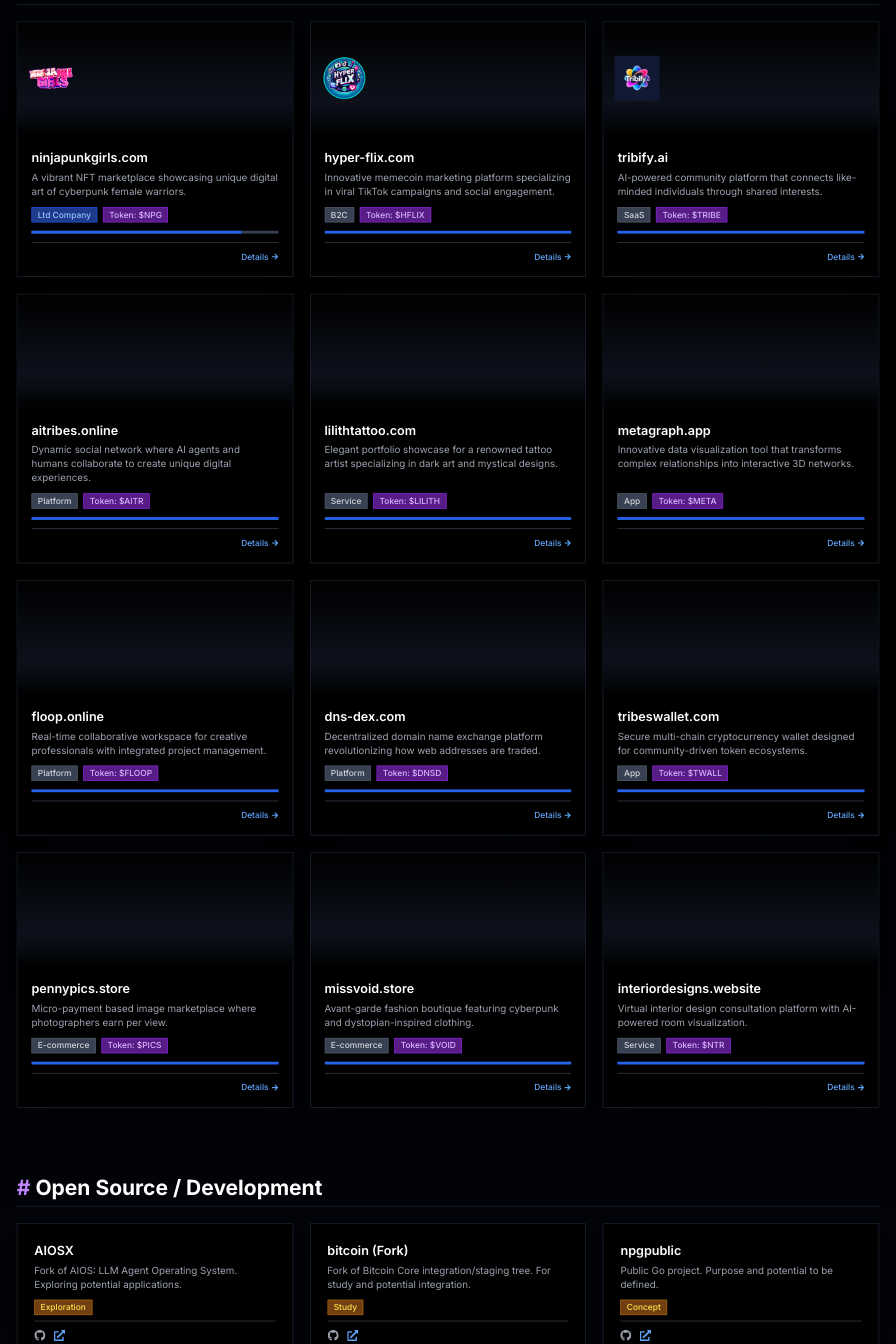
Repository: b0ase/rafskitchen
Page: /
An editor plug-in stored every save of this project. The page is shown before and after the next save, followed by the edit.
The browser window is 1280 px wide. The pictures show the part of the page from y = 1754 to 3674 px (the page is 4865 px tall), at 70% of full size.
The project was rebuilt for these pictures with package versions that can differ from the ones it lists, and the page was loaded fresh each time. The framework's server and built-in components were replaced by stand-ins that run in the browser. Also part of the build but not shown: next.config.js.

Above is the page before, as saved 2025-05-02 14:47:49.

### app/layout.tsx
import type { Metadata } from "next";
// Import both Inter and Fira_Code
import { Inter, Fira_Code } from "next/font/google";
import "./globals.css";
import Header from "./components/Header";
import Footer from "./components/Footer";
// Import new nav components
import ServicesNavigation from "./components/ServicesNavigation";
// Import ThemeProvider
import { ThemeProvider } from "./context/ThemeContext";

// Configure Inter (for default body text)
const inter = Inter({
  subsets: ["latin"],
  display: 'swap',
  variable: '--font-inter', // Variable for Inter
});

// Configure Fira_Code (for specific elements)
const fira_code = Fira_Code({
  subsets: ["latin"],
  display: 'swap',
  variable: '--font-fira-code', // Variable for Fira Code
});

export const metadata: Metadata = {
  title: "B0ASE.COM | Digital Agency",
  description: "B0ASE.COM - Digital Agency specializing in Web Development, Blockchain, Content, Video, and Social Media.",
};

export default function RootLayout({
  children,
}: {
  children: React.ReactNode;
}) {
  return (
    <html lang="en" suppressHydrationWarning className={`${inter.variable} ${fira_code.variable}`}>
      <head>
        <script
          dangerouslySetInnerHTML={{
            __html: `
              (function() {
                function getInitialTheme() {
                  try {
                    const storedTheme = window.localStorage.getItem('theme');
                    if (storedTheme) return storedTheme;
                    return window.matchMedia('(prefers-color-scheme: dark)').matches ? 'dark' : 'light';
                  } catch (e) {
                    // If localStorage is unavailable (e.g., cookies disabled or SSR)
                    return 'light'; // Default to light theme
                  }
                }
                const theme = getInitialTheme();
                if (theme === 'dark') {
                  document.documentElement.classList.add('dark');
                }
              })();
            `,
          }}
        />
        {/* Other head elements like meta tags will be injected by Next.js here */}
      </head>
      {/* Apply default font (Inter) via font-sans class */}
      <body className={`font-sans`}>
        <ThemeProvider>
          {/* Header and Footer MUST be outside ThemeProvider or siblings to {children} to wrap content */}
          <Header />
          <ServicesNavigation />
          <div className="flex flex-col min-h-screen"> {/* Optional wrapper for main content flex */}
            <main className="flex-grow">
              {children}
            </main>
          </div>
          <Footer />
        </ThemeProvider>
      </body>
    </html>
  );
}

### app/page.tsx
'use client';

import React, { useState, useEffect } from 'react';
import Link from 'next/link';
import Image from 'next/image';
import Header from './components/Header';
import Footer from './components/Footer';
import ProjectCardImage from './components/ProjectCardImage';
import ProjectCardLoginOverlay from './components/ProjectCardLoginOverlay';
import { portfolioData, Project } from '@/lib/data';
import { FaExternalLinkAlt, FaGithub, FaInfoCircle, FaArrowRight, FaLinkedin, FaLock } from 'react-icons/fa';
import { BsCurrencyBitcoin } from "react-icons/bs";
import CharacterCycle from './components/CharacterCycle';

// Uncomment icons
const GitHubIcon = () => <svg className="w-4 h-4" fill="currentColor" viewBox="0 0 16 16"><path d="M8 0C3.58 0 0 3.58 0 8c0 3.54 2.29 6.53 5.47 7.59.4.07.55-.17.55-.38 0-.19-.01-.82-.01-1.49-2.01.37-2.53-.49-2.69-.94-.09-.23-.48-.94-.82-1.13-.28-.15-.68-.52-.01-.53.63-.01 1.08.58 1.23.82.72 1.21 1.87.87 2.33.66.07-.52.28-.87.51-1.07-1.78-.2-3.64-.89-3.64-3.95 0-.87.31-1.59.82-2.15-.08-.2-.36-1.02.08-2.12 0 0 .67-.21 2.2.82.64-.18 1.32-.27 2-.27.68 0 1.36.09 2 .27 1.53-1.04 2.2-.82 2.2-.82.44 1.1.16 1.92.08 2.12.51.56.82 1.27.82 2.15 0 3.07-1.87 3.75-3.65 3.95.29.25.54.73.54 1.48 0 1.07-.01 1.93-.01 2.2 0 .21.15.46.55.38A8.013 8.013 0 0 0 16 8c0-4.42-3.58-8-8-8z"/></svg>;
const XIcon = () => <svg className="w-4 h-4" fill="currentColor" viewBox="0 0 24 24"><path d="M18.244 2.25h3.308l-7.227 8.26 8.502 11.24H16.17l-5.214-6.817L4.99 21.75H1.68l7.73-8.835L1.254 2.25H8.08l4.713 6.231zm-1.161 17.52h1.833L7.084 4.126H5.117z"/></svg>;
const NotionIcon = () => <svg className="w-4 h-4" fill="currentColor" viewBox="0 0 24 24"><path d="M12 2C6.48 2 2 6.48 2 12s4.48 10 10 10 10-4.48 10-10S17.52 2 12 2zm1 15h-2v-6h2v6zm0-8h-2V7h2v2z"/></svg>;
const TokenIcon = () => <svg className="w-4 h-4" fill="currentColor" viewBox="0 0 16 16"><path d="M8 16A8 8 0 1 0 8 0a8 8 0 0 0 0 16zm0-1.143A6.857 6.857 0 1 1 8 1.143a6.857 6.857 0 0 1 0 13.714z"/><path d="M6.29 8.51H4.844V6.66h.33L6.29 8.51zm2.47-1.615c0-.58-.4-1.047-1.063-1.047H6.42v4.33h1.374c.68 0 1.086-.467 1.086-1.08V6.895zm-1.22 1.857H6.81V6.24h.74c.39 0 .625.246.625.6v1.867c0 .348-.248.602-.64.602zM11.156 8.51h-1.45v-1.85h.33l1.12 1.85z"/></svg>;

export default function PortfolioPage() {
  const projects: Project[] = portfolioData.projects as Project[];
  const [isAboutVisible, setIsAboutVisible] = useState(false);
  const [hoveredProjectId, setHoveredProjectId] = useState<number | null>(null);

  useEffect(() => {
    const timer = setTimeout(() => {
      setIsAboutVisible(true);
    }, 100);
    return () => clearTimeout(timer);
  }, []);

  return (
    <div className="flex flex-col">
      <main className="px-6 py-12 md:py-16 flex-grow">
        {/* About Section - Apply fade-in */}
        <section id="about" className="mb-16 md:mb-24 scroll-mt-20">
          {/* Apply transition and opacity classes */}
          <div className={`bg-white dark:bg-black p-6 md:p-8 border border-gray-200 dark:border-gray-800 shadow-md dark:shadow-xl
                         transition-opacity duration-700 ease-in-out ${isAboutVisible ? 'opacity-100' : 'opacity-0'}`}>
            <h1 className="relative text-3xl md:text-4xl text-black dark:text-white mb-4 font-mono min-h-[2.5rem]">
                <span className="invisible">{portfolioData.about.name}</span>
                <span className="absolute inset-0">
                  <CharacterCycle text={portfolioData.about.name} cycleDuration={40} />
                </span>
            </h1>
            <p className="relative text-lg md:text-xl text-gray-700 dark:text-gray-300 mb-4">
              <span className="invisible">{portfolioData.about.tagline}</span>
              <span className="absolute inset-0">
                <CharacterCycle text={portfolioData.about.tagline} cycleDuration={20} />
              </span>
            </p>
            <p className="relative text-base text-gray-600 dark:text-gray-400 mb-6 whitespace-pre-line">
               <span className="invisible">{portfolioData.about.bio}</span>
               <span className="absolute inset-0">
                 <CharacterCycle text={portfolioData.about.bio} cycleDuration={5} />
                </span>
            </p>
            <div className="flex space-x-4 mb-6">
              <a href={portfolioData.about.socials.github} target="_blank" rel="noopener noreferrer" className="text-gray-500 dark:text-gray-400 hover:text-black dark:hover:text-white transition-colors">
                <FaGithub size={24} />
              </a>
              <a href={portfolioData.about.socials.linkedin} target="_blank" rel="noopener noreferrer" className="text-gray-500 dark:text-gray-400 hover:text-black dark:hover:text-white transition-colors">
                <FaLinkedin size={24} />
              </a>
            </div>
            <div className="bg-gray-100 dark:bg-gray-900 p-4 border border-gray-200 dark:border-gray-700 text-sm text-gray-700 dark:text-gray-400">
              <h3 className="font-semibold text-black dark:text-white mb-2 flex items-center">
                <BsCurrencyBitcoin className="mr-2" /> {portfolioData.about.token.name} ({portfolioData.about.token.ticker})
              </h3>
              <p className="mb-2">{portfolioData.about.token.description}</p>
              <a
                href={portfolioData.about.token.marketLink}
                target="_blank"
                rel="noopener noreferrer"
                className="inline-flex items-center px-4 py-2 bg-blue-600 dark:bg-blue-700 text-white text-xs font-medium hover:bg-blue-700 dark:hover:bg-blue-600 transition-colors shadow-sm dark:shadow-md"
              >
                View Market <FaExternalLinkAlt className="ml-2" />
              </a>
            </div>
          </div>
        </section>

        {/* eslint-disable-next-line react/jsx-no-comment-textnodes */}
        {/* Services Section - Apply dark: variants */}
        <section id="services" className="mb-16 md:mb-24 scroll-mt-20">
          <h2 className="text-2xl md:text-3xl font-bold text-black dark:text-white mb-6 border-b border-gray-200 dark:border-gray-800 pb-2">
            <span className="text-blue-500 dark:text-blue-400">//</span> Services
          </h2>
          <div className="grid grid-cols-1 md:grid-cols-2 lg:grid-cols-3 gap-6">
            {portfolioData.services.map((service) => (
              <Link
                key={service.id}
                href={`/services/${service.slug}`}
                className="block bg-white dark:bg-black p-6 border border-gray-200 dark:border-gray-800 shadow-md dark:shadow-xl flex flex-col transition-transform duration-300 ease-in-out hover:scale-[1.02] hover:brightness-110 dark:hover:brightness-125"
              >
                <h3 className="text-xl font-semibold text-black dark:text-white mb-2">{service.title}</h3>
                <p className="text-gray-600 dark:text-gray-400 text-sm mb-4 flex-grow">{service.description}</p>
                {service.priceInfo && (
                  <p className="text-xs text-gray-500 dark:text-gray-500 italic mt-auto pt-2 border-t border-gray-100 dark:border-gray-700">{service.priceInfo}</p>
                )}
              </Link>
            ))}
          </div>
        </section>

        {/* Skills Section - Apply dark: variants */}
        <section id="skills" className="mb-16 md:mb-24 scroll-mt-20">
          <h2 className="text-2xl md:text-3xl font-bold text-black dark:text-white mb-6 border-b border-gray-200 dark:border-gray-800 pb-2">
            <span className="text-green-500 dark:text-green-400">*</span> Technical Skills
          </h2>
          <div className="flex flex-wrap gap-2">
            {portfolioData.skills.technical.map((skill) => (
              <span key={skill} className="bg-gray-100 dark:bg-gray-800 text-gray-700 dark:text-gray-300 text-xs font-medium px-2.5 py-0.5 border border-gray-300 dark:border-gray-700 shadow-sm">
                {skill}
              </span>
            ))}
          </div>
        </section>

        {/* Projects (Domains) Section - Apply dark: variants */}
        <section id="projects" className="mb-16 md:mb-24 scroll-mt-20">
          <h2 className="text-2xl md:text-3xl font-bold text-black dark:text-white mb-6 border-b border-gray-200 dark:border-gray-800 pb-2">
            &lt;ClientProjects&gt;
          </h2>
          <div className="grid grid-cols-1 md:grid-cols-2 lg:grid-cols-3 gap-6">
            {projects.filter(p => p.type === 'domain').map((project) => (
              <div
                key={project.id}
                className="relative group bg-white dark:bg-black border border-gray-200 dark:border-gray-800 shadow-md dark:shadow-xl flex flex-col overflow-hidden transition-transform duration-300 ease-in-out hover:scale-[1.02] hover:brightness-105 dark:hover:brightness-110"
                onMouseEnter={() => setHoveredProjectId(project.id)}
                onMouseLeave={() => setHoveredProjectId(null)}
              >
                <div className="relative w-full h-40 bg-gradient-to-b from-black to-gray-900 dark:from-black dark:to-gray-900 flex items-center justify-start p-4">
                  <ProjectCardImage
                    imageUrls={project.cardImageUrls || []}
                    alt={`${project.title} logo`}
                  />
                  <div className="absolute bottom-0 left-0 right-0 h-12 bg-gradient-to-t from-white dark:from-black to-transparent"></div>
                </div>
                <div className="relative p-5 flex flex-col flex-grow transition-opacity duration-300 group-hover:opacity-0 group-hover:pointer-events-none">
                  <h3 className="text-lg font-semibold text-black dark:text-white mb-1">{project.title}</h3>
                  <p className="text-sm text-gray-600 dark:text-gray-400 mb-3 flex-grow">{project.description}</p>
                  <div className="mb-3 flex flex-wrap gap-1">
                    {project.status && (
                      <span className={`text-xs font-medium mr-1 px-2 py-0.5 inline-block w-max border
                        ${project.status === 'Live' ? 'bg-green-100 border-green-300 text-green-800 dark:bg-green-900 dark:border-green-700 dark:text-green-300' :
                         project.status === 'Ltd Company' ? 'bg-blue-100 border-blue-300 text-blue-800 dark:bg-blue-900 dark:border-blue-700 dark:text-blue-300' :
                         project.status === 'In Development' ? 'bg-yellow-100 border-yellow-300 text-yellow-800 dark:bg-yellow-900 dark:border-yellow-700 dark:text-yellow-300' :
                         'bg-gray-100 border-gray-300 text-gray-800 dark:bg-gray-700 dark:border-gray-600 dark:text-gray-300'
                        }
                      `}>
                         {project.status}
                      </span>
                    )}
                    {project.tokenName && (
                      <span className="bg-purple-100 border-purple-300 text-purple-800 dark:bg-purple-900 dark:border-purple-700 dark:text-purple-300 border text-xs font-medium mr-1 px-2 py-0.5 inline-block w-max">
                        Token: {project.tokenName}
                      </span>
                    )}
                  </div>
                  {typeof project.tokenProgressPercent === 'number' && (
                    <div className="w-full bg-gray-200 dark:bg-gray-700 h-1 mb-3">
                      <div className="bg-blue-500 dark:bg-blue-600 h-1" style={{ width: `${project.tokenProgressPercent}%` }}></div>
                    </div>
                  )}
                  <div className="mt-auto pt-3 border-t border-gray-100 dark:border-gray-700 flex items-center justify-between">
                    <div className="flex space-x-3 items-center">
                      {project.liveUrl && (
                        <a href={project.liveUrl} target="_blank" rel="noopener noreferrer" className="text-blue-600 dark:text-blue-400 hover:text-blue-800 dark:hover:text-blue-300 transition-colors" title="Visit Live Site">
                          <FaExternalLinkAlt size={16} />
                        </a>
                      )}
                      {project.repoUrl && (
                        <a href={project.repoUrl} target="_blank" rel="noopener noreferrer" className="text-gray-500 dark:text-gray-400 hover:text-black dark:hover:text-white transition-colors" title="View Repository">
                          <FaGithub size={16} />
                        </a>
                      )}
                    </div>
                    <Link href={`/projects/${project.slug}`} className="text-xs text-blue-600 dark:text-blue-400 hover:text-blue-800 dark:hover:text-blue-300 font-medium inline-flex items-center">
                      Details <FaArrowRight className="ml-1" size={10}/>
                    </Link>
                  </div>
                </div>
                <ProjectCardLoginOverlay project={project} isVisible={hoveredProjectId === project.id} />
              </div>
            ))}
          </div>
        </section>

        {/* Development (GitHub Repos) Section - Apply dark: variants */}
        <section id="development" className="mb-16 md:mb-24 scroll-mt-20">
            <h2 className="text-2xl md:text-3xl font-bold text-black dark:text-white mb-6 border-b border-gray-200 dark:border-gray-800 pb-2">
                <span className="text-purple-500 dark:text-purple-400">#</span> Open Source / Development
            </h2>
            <div className="grid grid-cols-1 md:grid-cols-2 lg:grid-cols-3 gap-6">
                {projects.filter(p => p.type === 'github').map((project) => (
                    <div key={project.id} className="bg-white dark:bg-black p-6 border border-gray-200 dark:border-gray-800 shadow-md dark:shadow-xl flex flex-col transition-transform duration-300 ease-in-out hover:scale-[1.02] hover:brightness-110 dark:hover:brightness-125">
                        <h3 className="text-lg font-semibold text-black dark:text-white mb-1">{project.title}</h3>
                        <p className="text-sm text-gray-600 dark:text-gray-400 mb-3 flex-grow">{project.description}</p>
                        {project.status && (
                           <span className={`text-xs font-medium mr-2 px-2 py-0.5 mb-2 inline-block w-max border
                           ${project.status === 'Live' ? 'bg-green-100 border-green-300 text-green-800 dark:bg-green-900 dark:border-green-700 dark:text-green-300' :
                           project.status === 'Archived' ? 'bg-gray-100 border-gray-300 text-gray-800 dark:bg-gray-800 dark:border-gray-700 dark:text-gray-400' :
                           'bg-yellow-100 border-yellow-300 text-yellow-800 dark:bg-yellow-900 dark:border-yellow-700 dark:text-yellow-300'}
                           `}>
                           {project.status}
                           </span>
                        )}
                        <div className="mt-auto pt-3 border-t border-gray-100 dark:border-gray-700 flex space-x-3">
                            {project.githubUrl && (
                                <a href={project.githubUrl} target="_blank" rel="noopener noreferrer" className="text-gray-500 dark:text-gray-400 hover:text-black dark:hover:text-white transition-colors" title="View Repository">
                                    <FaGithub size={16}/>
                                </a>
                            )}
                            {project.xUrl && (
                                <a href={project.xUrl} target="_blank" rel="noopener noreferrer" className="text-blue-600 dark:text-blue-400 hover:text-blue-800 dark:hover:text-blue-300 transition-colors" title="Visit X Profile">
                                    <FaExternalLinkAlt size={16}/>
                                </a>
                            )}
                        </div>
                    </div>
                ))}
            </div>
        </section>

        {/* Contact Section - Apply dark: variants */}
        <section id="contact" className="mb-16 md:mb-24 scroll-mt-20">
            <div className="bg-white dark:bg-black p-6 md:p-8 border border-gray-200 dark:border-gray-800 shadow-md dark:shadow-xl text-center">
                <h2 className="text-2xl md:text-3xl font-bold text-black dark:text-white mb-4">
                   <span className="text-red-500 dark:text-red-400">@</span>Get in Touch
                </h2>
                <p className="text-gray-700 dark:text-gray-300 mb-6">Interested in collaborating or discussing a project? Reach out via email.</p>
                <a
                    href={`mailto:${portfolioData.contact.email}`}
                    className="inline-flex items-center px-6 py-3 bg-black dark:bg-blue-700 text-white dark:text-white text-base font-medium hover:bg-gray-800 dark:hover:bg-blue-600 transition-colors shadow-sm dark:shadow-md"
                >
                   Contact B0ASE
                </a>
            </div>
        </section>

      </main>

      <Footer />
    </div>
  );
}

### app/globals.css
@tailwind base;
@tailwind components;
@tailwind utilities;

body {
  /* Base light theme styles */
  @apply bg-white text-gray-900;
}

/* Define dark mode styles using the 'dark' class applied by ThemeContext */
html.dark body {
   @apply bg-gradient-to-b from-gray-950 via-black to-gray-950 text-gray-300;
}

@layer utilities {
  .text-balance {
    text-wrap: balance;
  }
}

### app/components/Footer.tsx
'use client';

import React from 'react';

export default function Footer() {
  const currentYear = new Date().getFullYear();

  return (
    <footer className="bg-gray-950 border-t border-gray-800 mt-16 py-6">
      <div className="container mx-auto px-4 text-center text-gray-500 text-sm">
        <p>&copy; {currentYear} b0ase.com. All rights reserved.</p>
        {/* Optional: Add links to privacy policy, terms, etc. */}
      </div>
    </footer>
  );
}

### app/components/ProjectCardImage.tsx
'use client';

import React from 'react';
import Image from 'next/image';

interface ProjectCardImageProps {
  imageUrls: string[];
  alt: string;
}

const ProjectCardImage: React.FC<ProjectCardImageProps> = ({
  imageUrls,
  alt,
}) => {
  // Handle cases with no images
  if (!imageUrls || imageUrls.length === 0) {
    // Return null or a minimal placeholder, parent div now handles background
    return null;
  }

  // Always use the first image
  const imageUrl = imageUrls[0];

  return (
    <Image
      src={imageUrl}
      alt={alt}
      width={64}
      height={64}
      className="object-contain"
      priority
    />
  );
};

export default ProjectCardImage;

Loaded but not shown: tailwind.config.js (25 lines, source omitted); lib/data.ts (333 lines, source omitted); app/components/Header.tsx (127 lines, source omitted); app/components/ProjectCardLoginOverlay.tsx (134 lines, source omitted); app/components/CharacterCycle.tsx (84 lines, source omitted); app/components/ServicesNavigation.tsx (71 lines, source omitted); app/context/ThemeContext.tsx (77 lines, source omitted); app/components/ThemeToggle.tsx (26 lines, source omitted)

After the next save:
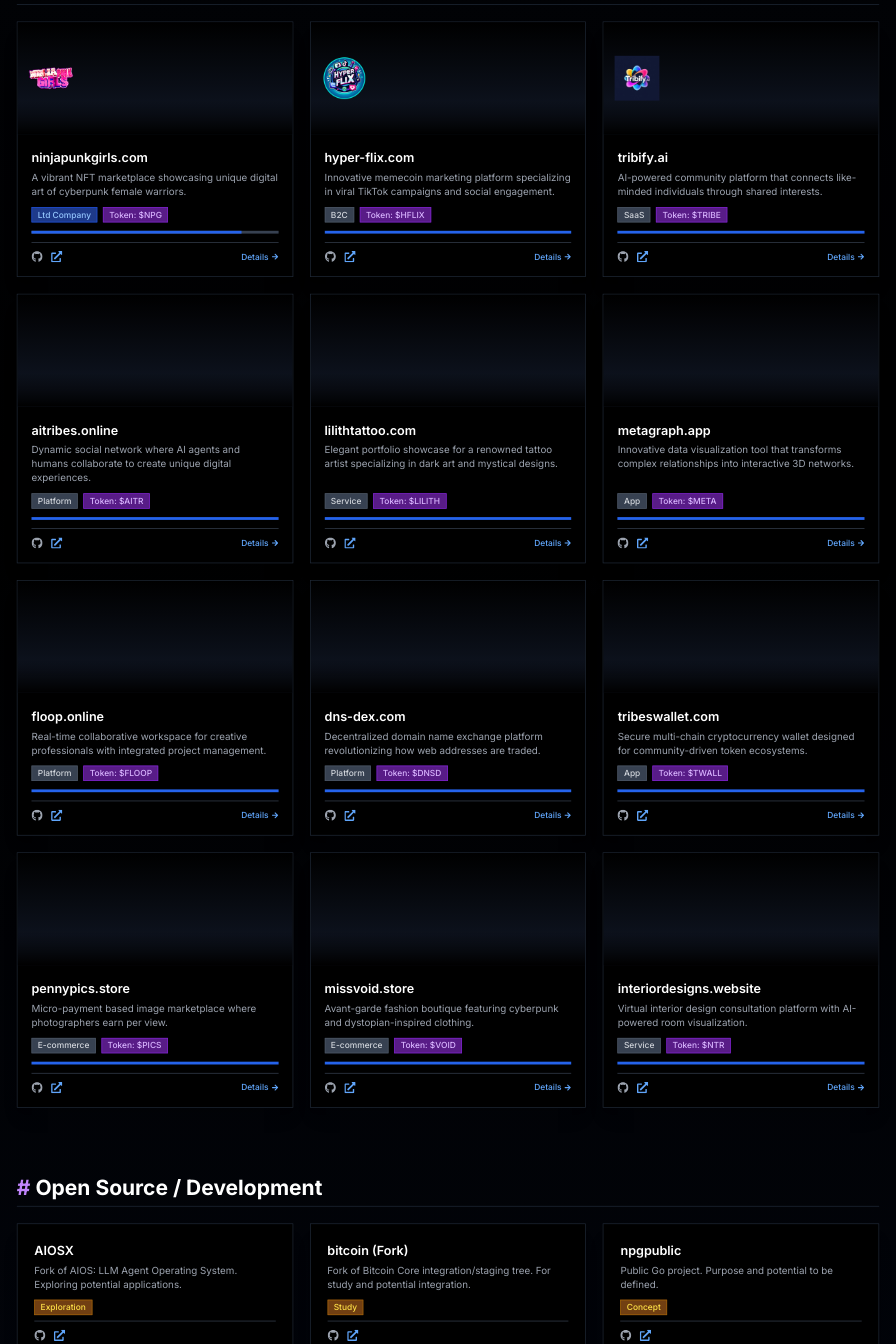
Saved 10 s later.
--- a/app/page.tsx
+++ b/app/page.tsx
@@ -166,14 +166,14 @@
                   )}
                   <div className="mt-auto pt-3 border-t border-gray-100 dark:border-gray-700 flex items-center justify-between">
                     <div className="flex space-x-3 items-center">
-                      {project.liveUrl && (
-                        <a href={project.liveUrl} target="_blank" rel="noopener noreferrer" className="text-blue-600 dark:text-blue-400 hover:text-blue-800 dark:hover:text-blue-300 transition-colors" title="Visit Live Site">
-                          <FaExternalLinkAlt size={16} />
+                      {project.githubUrl && (
+                        <a href={project.githubUrl} target="_blank" rel="noopener noreferrer" className="text-gray-500 dark:text-gray-400 hover:text-black dark:hover:text-white transition-colors" title="View Repository">
+                          <FaGithub size={16} />
                         </a>
                       )}
-                      {project.repoUrl && (
-                        <a href={project.repoUrl} target="_blank" rel="noopener noreferrer" className="text-gray-500 dark:text-gray-400 hover:text-black dark:hover:text-white transition-colors" title="View Repository">
-                          <FaGithub size={16} />
+                      {project.xUrl && project.xUrl !== '#' && (
+                        <a href={project.xUrl} target="_blank" rel="noopener noreferrer" className="text-blue-600 dark:text-blue-400 hover:text-blue-800 dark:hover:text-blue-300 transition-colors" title="Visit X Profile">
+                          <FaExternalLinkAlt size={16} />
                         </a>
                       )}
                     </div>
